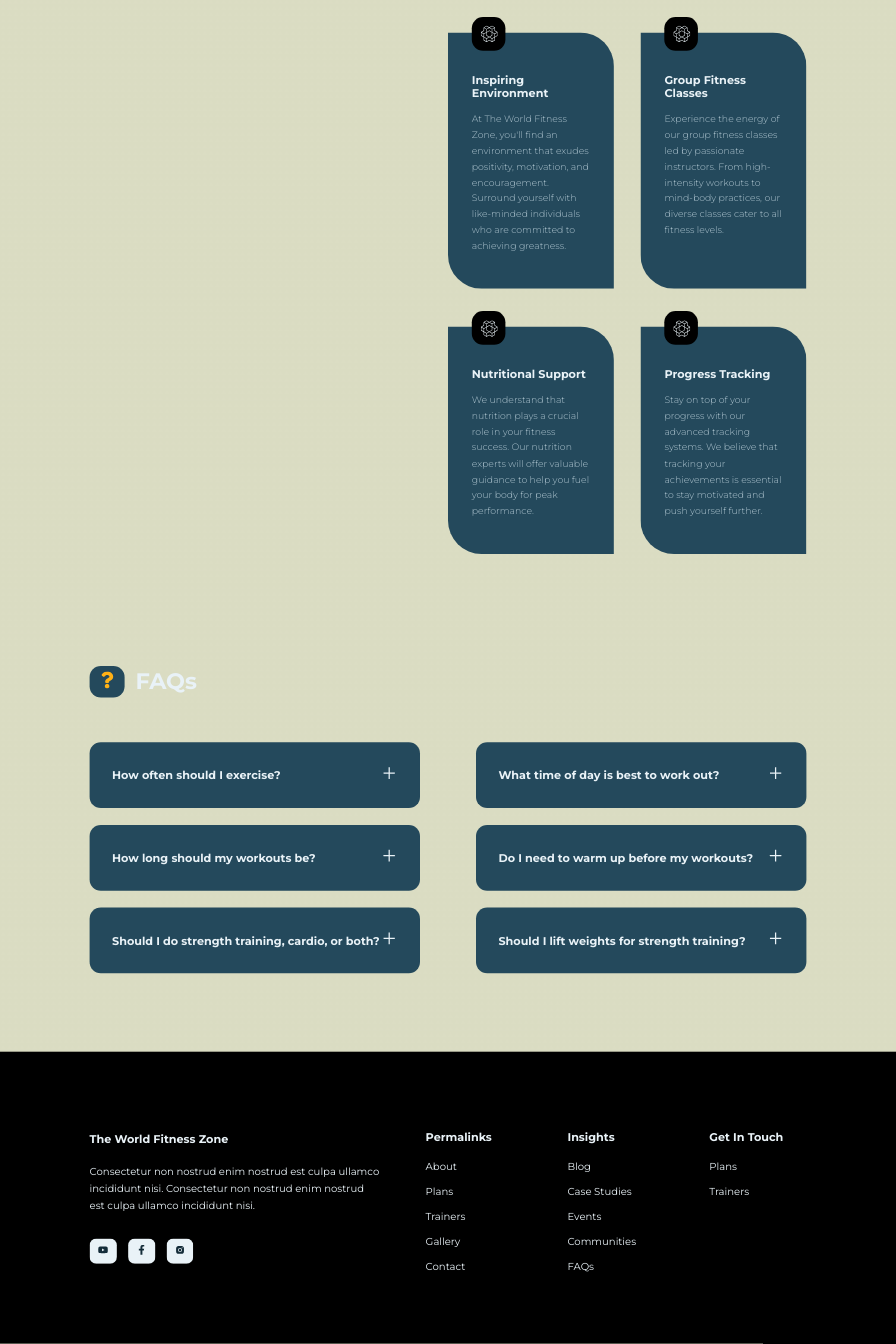
Repository: aryaMode/gym-portfolio
Page: /
The author's editor kept a copy of each file at every save. The page is drawn from the files as they stood at one save, then again after the next save.
The browser window is 1280 px wide. The pictures show the part of the page from y = 2298 to 4218 px (the page is 4218 px tall), at 70% of full size.
The project was rebuilt for these pictures with package versions that can differ from the ones it lists, and the page was loaded fresh each time. Also part of the build but not shown: src/components/Testimonial.jsx, src/pages/about/about.css, src/components/Header.jsx, src/pages/about/About.jsx, src/pages/contact/contact.css, src/pages/contact/Contact.jsx, src/pages/gallery/gallery.css, src/pages/gallery/Gallery.jsx and 7 more.

Above is the page before, as saved 2023-07-20 18:08:10.

### public/index.html
<!DOCTYPE html>
<html lang="en">

<head>
    <meta charset="UTF-8">
    <meta http-equiv="X-UA-Compatible" content="IE=edge">
    <meta name="viewport" content="width=device-width, initial-scale=1.0">
    <title>Portfolio Website</title>
    <!-- GOOGLE FONTS (montserrat) -->
    <link href="https://fonts.googleapis.com/css2?family=Montserrat:wght@300;400;500;600;700&display=swap"
        rel="stylesheet">
</head>

<body>
    <div id="root"></div>
</body>

</html>

### src/App.jsx
// rafce -> shortcut to create component and export
import { BrowserRouter, Routes, Route } from "react-router-dom";
import React from "react";
import Home from "./pages/home/Home";
import About from "./pages/about/About";
import Contact from "./pages/contact/Contact";
import Gallery from "./pages/gallery/Gallery";
import NotFound from "./pages/notFound/NotFound";
import Plans from "./pages/plans/Plans";
import Trainers from "./pages/trainers/Trainers";
import Navbar from "./components/Navbar";
import Footer from "./components/Footer";

const App = () => {
	return (
		<BrowserRouter>
			<Navbar />
			<Routes>
				<Route index element={<Home />} />
				<Route path="about" element={<About />} />
				<Route path="contact" element={<Contact />} />
				<Route path="gallery" element={<Gallery />} />
				<Route path="plans" element={<Plans />} />
				<Route path="trainers" element={<Trainers />} />
				<Route path="*" element={<NotFound />} />
			</Routes>
			<Footer />
		</BrowserRouter>
	);
};

export default App;

### src/index.css
 *, *::before, *::after{
    margin: 0;
    padding: 0;
    border: 0;
    outline: 0;
    list-style: none;
    text-decoration: none;
    box-sizing: border-box;
 }

 /* CSS Global variable starts with :root {...} check w3school docs for more  info */
 :root{
    --primary-hue: 210;
    --gray-hue: 200;
    /* hsl (hue, saturation, lightness) */
    --color-primary: black;
    --color-primary-variant: hsl(var(--primary-hue), 100%, 65%);
    --color-secondary: #ffb116;
    --color-gray-100: hsl(var(--gray-hue), 47%, 94%); /*almost white colour lightness is almost 100%*/
    --color-gray-200: hsl(var(--gray-hue), 26%, 75%);
    --color-gray-300: hsl(var(--gray-hue), 24%, 64%);
    --color-gray-400: hsl(var(--gray-hue), 16%, 41%);
    --color-gray-500: hsl(var(--gray-hue), 44%, 25%);
    --color-gray-600: hsl(var(--gray-hue), 48%, 15%);

    --container-width-lg: 80%;
    --container-width-md: 90%;

    --transition: all 500ms ease; /* make sure all transition have a constant effect*/
 }

  /******************** GENERAL STYLES ********************/
  body{
    font-family: "Montserrat", sans-serif;
    color: var(--color-gray-200);
    line-height: 1.7;
    overflow-x: hidden;
    background: rgb(218, 220, 194) url(./images/bg_texture.png);
  }

  .container{
    width: var(--container-width-lg);
    max-width: 1920px;
    margin-inline: auto;
  }

  h1, h2, h3, h4, h5 {
    line-height: 1.2;
    color: var(--color-gray-100);
  }

  h1 {
    font-size: 3rem;
  }

  h2 {
    font-size: 2rem ;
  }

  a {
    color: var(--color-gray-100);
  }

  img{
    display: block;
    object-fit: cover;
    width: 100%;
}

.btn {
    color: var(--color-gray-100);
    width: fit-content;
    margin: 0 auto;
    padding: 0.9rem 2rem;
    background: var(--color-primary);
    border-radius: 1.5rem;
    transition: var(--transition);
}

.btn:hover {
    background: var(--color-secondary);
    color: var(--color-gray-600);
}

.btn.lg {
    padding: 1.2rem 3rem;
    border-radius: 2rem;
    font-size: 1.1rem;
}

.btn.sm {
    padding: 0.4rem 1.2rem;
    font-size: 0.9rem;
}

.btn.sm:hover {
    background: var(--color-gray-100);
}

/******************** SECTION REUSABLE STYLES ********************/
section {
    margin-top: 10rem;
}

.section__head {
    display: flex;
    align-items: center;
    gap: 1rem;
}

.section__head span {
    background: var(--color-gray-500);
    padding: 0.3rem 0.8rem 0;
    border-radius: 1rem;
    color: var(--color-secondary);
    font-size: 1.5rem;
}

.card {
    background: var(--color-gray-500);
    border: 2px solid transparent;
    text-align: center;
    padding: 3rem 2rem;
    border-radius: 0 3rem 0 3rem;
    transition: var(--transition);
}

.card:hover {
    background: transparent;
    border-color: var(--color-gray-400);
    cursor: default;
}

.card span {
    width: 3rem;
    height: 3rem;
    background: var(--color-primary);
    color: var(--color-gray-100);
    font-size: 1.5rem;
    padding: 0.8rem;
    display: grid;
    place-items: center;
    margin-bottom: 1.5rem;
    margin-inline: auto;
    border-radius: 1rem;
    transition: var(--transition);
}

.card:hover span {
    background: var(--color-secondary);
    color: var(--color-gray-500)
}

.card small {
    margin-top: 1rem;
    display: block;
    font-weight: 300;
}

.header {
    margin-top: 5rem;
    height: 20rem;
    overflow: hidden;
    border-bottom: 2px solid var(--color-gray-400);
}

.header__container {
    width: 100%;
    height: 100%;
    position: relative;
    display: grid;
    place-items: center;
    background: #0000;
}

.header__container-lg {
    position: absolute;
    width: 100%;
}

.header__container-lg img {
    opacity: 0.5;
}

.header__content {
    position: relative;
    width: 44%;
    margin: 0 auto;
    text-align: center;
    color: var(--color-gray-100);
}

.header__content h2 {
    margin-bottom: 1rem;
}

.header__content p {
    color: rgba(255, 255, 255, 0.7, green, blue, alpha);
}






/******************** MEADIA QUERIES (medium screens) ********************/
@media screen and (max-width: 1024px) {
    .container {
        width: var(--container-width-md);
    }

    h1 {
        font-size: 2rem;
    }

    h2 {
        font-size: 1.6rem;
    }

    .header__content {
        width: 76%;
    }
}

/******************** MEADIA QUERIES (small screens) ********************/
@media screen and (max-width: 600px) {
    h1 {
        font-size: 2.2rem;
        line-height: 1.3;
    }

    section {
        margin-top: 7rem;
    }

    .header {
        height: fit-content;
    }

    .header__content {
        width: var(--container-width-md);
        padding: 3rem 0;
    }

    .header__content p {
        font-size: 0.85rem;
    }
}

### src/pages/home/Home.jsx
import React from "react";
import "./home.css";
import MainHeader from "../../components/MainHeader";
import Program from "../../components/Program";
import Values from "../../components/Values";
import FAQs from "../../components/FAQs";
import Testimonial from "../../components/Testimonial";
// import Footer from "../../components/Footer";

const Home = () => {
	return (
		<>
			<MainHeader />
			<Program />
			<Values />
			<FAQs />
			{/* <Testimonial /> */}
			{/* <Footer /> comment this out so footer wount be double */}
		</>
	);
};

export default Home;

### src/components/Navbar.jsx
import { useState } from "react";
import {logoName} from "../data";
import { Link, NavLink } from "react-router-dom";
// NavLink comes with an isactive prop which we can use to detect which page we on
// so we can have a special style for that link
import React from "react";
import Logo from "../images/logo.png";
import { links } from "../data";
import { GoThreeBars } from "react-icons/go";
import { MdOutlineClose } from "react-icons/md";
import "./navbar.css";

const Navbar = () => {
	const [isNavShowing, setIsNavShowing] = useState(false);

	const handleNavToggle = () => {
		return setIsNavShowing((prevVAlue) => {
			return !prevVAlue;
		});
	};

	return (
		<nav>
			<div className="container nav__container">
				<Link to="/" className="logo" onClick={handleNavToggle}>
					{/* <img src={Logo} alt="Nav-logo" /> */}
					<div>{logoName}</div>
				</Link>
				<ul
					className={`nav__links ${isNavShowing ? "show__nav" : "hide__nav"}`}
				>
					{/* Destructure the links array of object from the links to get each item */}
					{links.map(({ name, path }, index) => {
						return (
							<li key={index}>
								<NavLink
									to={path}
									className={({ isActive }) => (isActive ? "active-nav" : "")}
									onClick={handleNavToggle}
								>
									{name}
								</NavLink>
							</li>
						);
					})}
				</ul>
				<button onClick={handleNavToggle} className="nav__toggle-btn">
					{isNavShowing ? <MdOutlineClose /> : <GoThreeBars />}
				</button>
			</div>
		</nav>
	);
};

export default Navbar;

// export PATH=$PATH:/home/daveworld/bin

### src/components/Footer.jsx
import React from "react";
import { Link } from "react-router-dom";
import {logoName} from "../data";
import Logo from "../images/logo.png";
import { FaYoutube } from "react-icons/fa";
import { FaFacebookF } from "react-icons/fa";
import { AiOutlineTwitter } from "react-icons/ai";
import { AiFillInstagram } from "react-icons/ai";

const Footer = () => {
	return (
		<footer>
			<div className="container footer__container">
				<article>
					<Link to="/" className="logo">
						{/* <img src={Logo} alt="Footer Logo" /> */}
					{logoName}
					</Link>
					<p>
						Consectetur non nostrud enim nostrud est culpa ullamco incididunt
						nisi. Consectetur non nostrud enim nostrud est culpa ullamco
						incididunt nisi.
					</p>
					<div className="footer__socials">
						<a
							href="https://youtube.com/@Thesandeep325"
							target="_blank"
							rel="noreferrer noopener"
						>
							<FaYoutube />
						</a>
						<a
							href="https://www.facebook.com/profile.php?id=100000823973714&mibextid=LQQJ4d"
							target="_blank"
							rel="noreferrer noopener"
						>
							<FaFacebookF />
						</a>

						<a
							href="https://instagram.com/the_world_fitness_zone_?igshid=MzRlODBiNWFlZA=="
							target="_blank"
							rel="noreferrer noopener"
						>
							<AiFillInstagram />
						</a>
					</div>
				</article>
				<article>
					<h4>Permalinks</h4>
					<Link to="/about">About</Link>
					<Link to="/plans">Plans</Link>
					<Link to="/trainers">Trainers</Link>
					<Link to="/gallery">Gallery</Link>
					<Link to="/contact">Contact</Link>
				</article>
				<article>
					<h4>Insights</h4>
					<Link to="/s">Blog</Link>
					<Link to="/s">Case Studies</Link>
					<Link to="/s">Events</Link>
					<Link to="/s">Communities</Link>
					<Link to="/constact">FAQs</Link>
				</article>
				<article>
					<h4>Get In Touch</h4>
					<Link to="/contact">Plans</Link>
					<Link to="/s">Trainers</Link>
				</article>
			</div>
			<br />
			<br />
			<br />
			<br />
		</footer>
	);
};

export default Footer;

### src/components/MainHeader.jsx
import React from "react";
import { Link } from "react-router-dom";
import Image from "../images/main_header.png";

const MainHeader = () => {
	return (
		<header className="main__header">
			<div className="container main__header-container">
				<div className="main__header-left">
					<h4>Welcome to The World Fitness Zone, Karnal!</h4>
					<h1>Unleash Your Potential with The World Fitness Zone

</h1>
					<p>
					Are you ready to take your fitness journey to the next level? Look no further than The World Fitness Zone - Karnal's premier fitness destination. We are not just a gym; we are a community of fitness enthusiasts who believe in the power of transformation and the pursuit of a healthier, fitter lifestyle.
					</p>
					<Link to="/contact" className="btn lg">
						Get Started
					</Link>
				</div>
				<div className="main__header-right">
					<div className="main__header-circle"></div>
					<div className="main__header-image">
						<img src={Image} alt="MainHeaderImage" />
					</div>
				</div>
			</div>
		</header>
	);
};

export default MainHeader;

### src/components/Program.jsx
import React from "react";
import { FaCrown } from "react-icons/fa";
import SectionHead from "./SectionHead";
import { programs } from "../data";
import Card from "../UI/Card";
import { Link } from "react-router-dom";
import { AiFillCaretRight } from "react-icons/ai";

const Program = () => {
	return (
		<section className="programs">
			<div className="container programs container">
				<SectionHead icon={<FaCrown />} title="Programs" />

				<div className="program__wrapper">
					{programs.map(({ id, icon, title, info, path }) => {
						return (
							<Card className="programs__program" key={id}>
								<span>{icon}</span>
								<h4>{title}</h4>
								<small>{info}</small>
								<Link to={path} className="btn sm">
									Contact Us <AiFillCaretRight />
								</Link>
							</Card>
						);
					})}
				</div>
			</div>
		</section>
	);
};

export default Program;

### src/components/Values.jsx
import React from "react";
import Image from "../images/values.jpg";
import SectionHead from "./SectionHead";
import { GiCutDiamond } from "react-icons/gi";
import { values } from "../data";
import Card from "../UI/Card";

const Values = () => {
	return (
		<section className="values">
			<div className="container values__container">
				<div className="values__left">
					<div className="values__image">
						<img src={Image} alt="values Image" />
					</div>
				</div>
				<div className="values__right">
					<SectionHead icon={<GiCutDiamond />} title="Values" />
					<p>
					We believe in empowering individuals to take charge of their fitness journey, unlocking their full potential, and transforming their lives through dedication and perseverance.
					</p>
					<div className="values__wrapper">
						{values.map(({ id, icon, title, desc }) => {
							return (
								<Card className="values__value" key={id}>
									<span>{icon}</span>
									<h4>{title}</h4>
									<small>{desc}</small>
								</Card>
							);
						})}
					</div>
				</div>
			</div>
		</section>
	);
};

export default Values;

### src/components/FAQs.jsx
import React from "react";
import { FaQuestion } from "react-icons/fa";
import { faqs } from "../data";
import FAQ from "./FAQ";
import SectionHead from "./SectionHead";
const FAQs = () => {
	return (
		<section className="faqs">
			<div className="container faqs__container">
				<SectionHead icon={<FaQuestion />} title="FAQs" />
				<div className="faqs__wrapper">
					{faqs.map(({ id, question, answer }) => {
						return <FAQ key={id} question={question} answer={answer} />;
					})}
				</div>
			</div>
		</section>
	);
};

export default FAQs;

### src/UI/Card.jsx
import React from "react";

const Card = ({ className, children }) => {
	return <article className={`card ${className}`}>{children}</article>;
};

export default Card;

### src/components/navbar.css
nav{
    height: 5rem;
    width: 100vw; /*100% of the window/browser*/
    background: var(--color-primary);
    display: grid;
    place-items: center;
    position: fixed; /*commnt this to see hiden layers*/
    top: 0;
    left: 0;
    z-index: 99; /* makes sure it sit on all items*/
}

/* Only show on medium and small screens */
.nav__toggle-btn {
    display: none;
}

.nav__container {
    height: 100%;

    display: flex;
    justify-content: space-between;
    align-items: center;
    position: relative;
}

.logo{
    width: 50vw;
    font-size: 1rem;
    font-weight: bold;
    margin-right: 50px;
    display: flex;
}

.nav__links{
    display: flex;
    gap: 3.5rem;
    align-items: center;
}

.nav__links a {
    transition: var(--transition);
}

.nav__links a:hover {
    color: var(--color-secondary);
}

.active-nav {
    position: relative;
}

.active-nav::after{
    content: "";
    display: block;
    width: 1.2rem;
    height: 1.2rem;
    background-color: var(--color-primary);
    position: absolute;
    left: calc(50% - 0.6rem);
    transform: rotate(45deg);
    margin-top: 0.9rem;
}

 /******************** MEDIA QUERIES (mesium and small screens) ********************/
 @media screen and (max-width: 1024px) {
    .nav__toggle-btn {
        display: inline-block;
        background: transparent;
        font-size: 1.8rem;
        cursor: pointer;
    }

    .nav__toggle-btn svg{
        color: var(--color-gray-100);
    }

    .nav__links {
        position: absolute;
        top: 100%;
        right: 0;
        flex-direction: column;
        gap: 0;
        perspective: 400px;
    }

    .active-nav {
        display: none;
    }

    .active-nav, .active-nav::after{
        display: none;
    }

    .nav__links li {
        height: 4rem;
        width: 100%;
        box-shadow: -2rem 2rem 5rem rgba(0, 0, 0, 0.5);
        animation: navAnimation 600ms ease forwards;
        transform: rotateX(90deg);
        opacity: 0;
        transform-origin: top;
    }

    .nav__links li:nth-child(2) {
        animation-delay: 200ms;
    }
    .nav__links li:nth-child(3) {
        animation-delay: 400ms;
    }
    .nav__links li:nth-child(4) {
        animation-delay: 600ms;
    }
    .nav__links li:nth-child(5) {
        animation-delay: 800ms;
    }
    .nav__links li:nth-child(6) {
        animation-delay: 1s;
    }
    .nav__links li:nth-child(7) {
        animation-delay: 1.2s;
    }

    @keyframes navAnimation {
        to {
            transform: rotateX(0);
            opacity: 1;
        }
    }

    .nav__links li a {
        background-color: var(--color-primary);
        height: 100%;
        width: 100%;
        display: flex;
        align-items: center;
        padding: 1rem 5rem 1rem 3rem;
    }

    .show__nav {
        display: flex;
    }

    .hide__nav {
        display: none;
    }

 }

### src/components/SectionHead.jsx
import React from "react";

// A reuseable component for each section name
const SectionHead = ({ icon, title, className }) => {
	return (
		<div className={`section__head ${className}`}>
			<span>{icon}</span>
			<h2>{title}</h2>
		</div>
	);
};

export default SectionHead;

### src/components/FAQ.jsx
import React, { useState } from "react";
import { AiOutlinePlus } from "react-icons/ai";
import { AiOutlineMinus } from "react-icons/ai";

const FAQ = ({ question, answer }) => {
	const [isAnswerShowing, setIsAnswerShowing] = useState(false);

	const handleFAQ = () => {
		return setIsAnswerShowing((prevValue) => {
			return !prevValue;
		});
	};

	return (
		<article className="faq" onClick={handleFAQ}>
			<div>
				<h4>{question}</h4>
				<button className="faq__icon">
					{isAnswerShowing ? <AiOutlineMinus /> : <AiOutlinePlus />}
				</button>
			</div>
			{isAnswerShowing && <p>{answer}</p>}
		</article>
	);
};

export default FAQ;

Loaded but not shown: src/index.js (common file); src/data.js (331 lines, source omitted); src/pages/home/home.css (412 lines, source omitted)

After the next save:
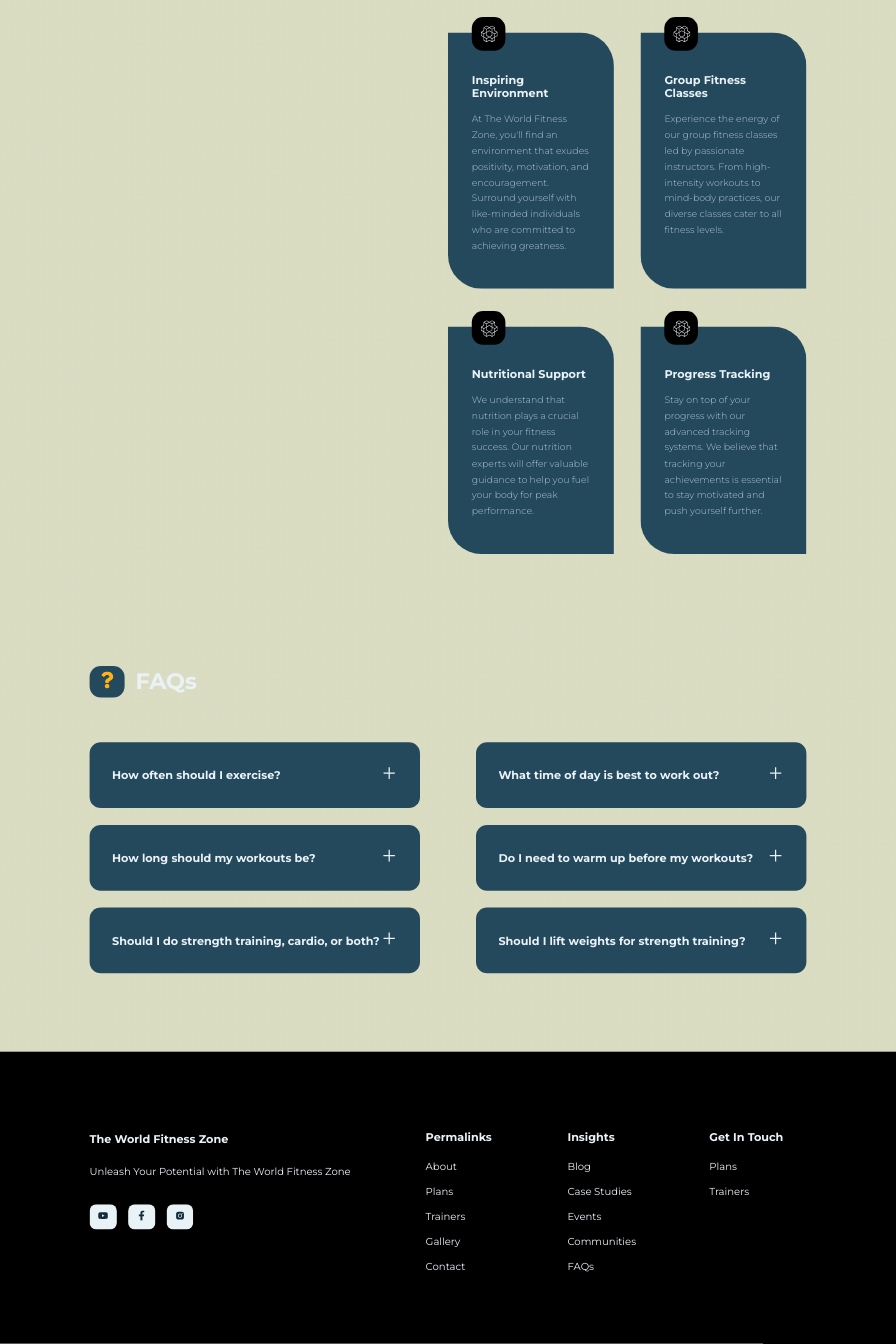
Saved 46 s later.
--- a/src/components/Footer.jsx
+++ b/src/components/Footer.jsx
@@ -17,9 +17,7 @@ const Footer = () => {
 					{logoName}
 					</Link>
 					<p>
-						Consectetur non nostrud enim nostrud est culpa ullamco incididunt
-						nisi. Consectetur non nostrud enim nostrud est culpa ullamco
-						incididunt nisi.
+					Unleash Your Potential with The World Fitness Zone
 					</p>
 					<div className="footer__socials">
 						<a
